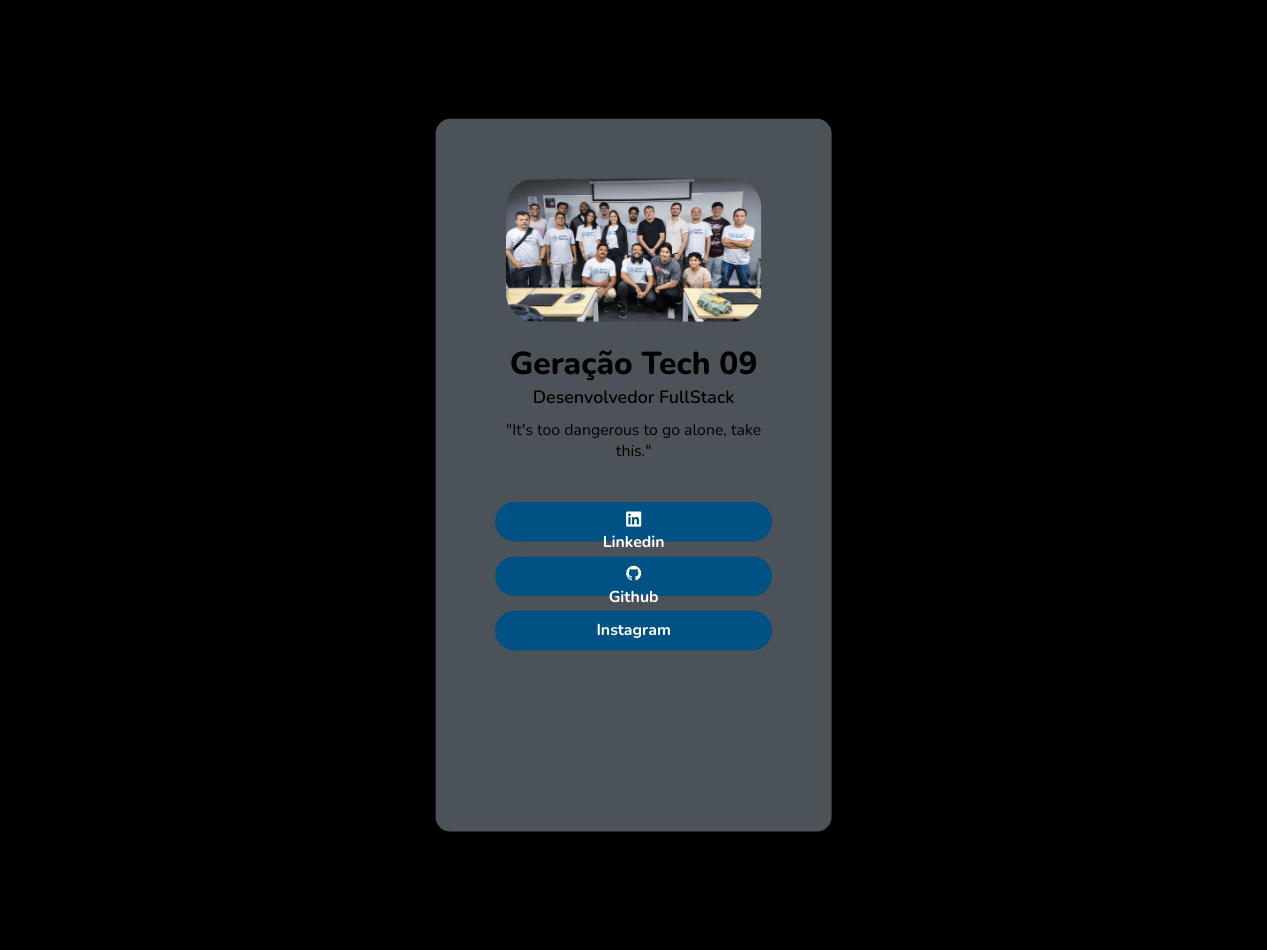
Repository: geracao-09/linktree-gt9
Page: index.html
These files come from the project's save history. The page is drawn as it stood at one moment and after the next save; the edit follows.
The browser window is 1280 px wide. The pictures show the whole page, at 99% of full size.

Above is the page before, as saved 2025-04-11 10:39:46.

After the next save:
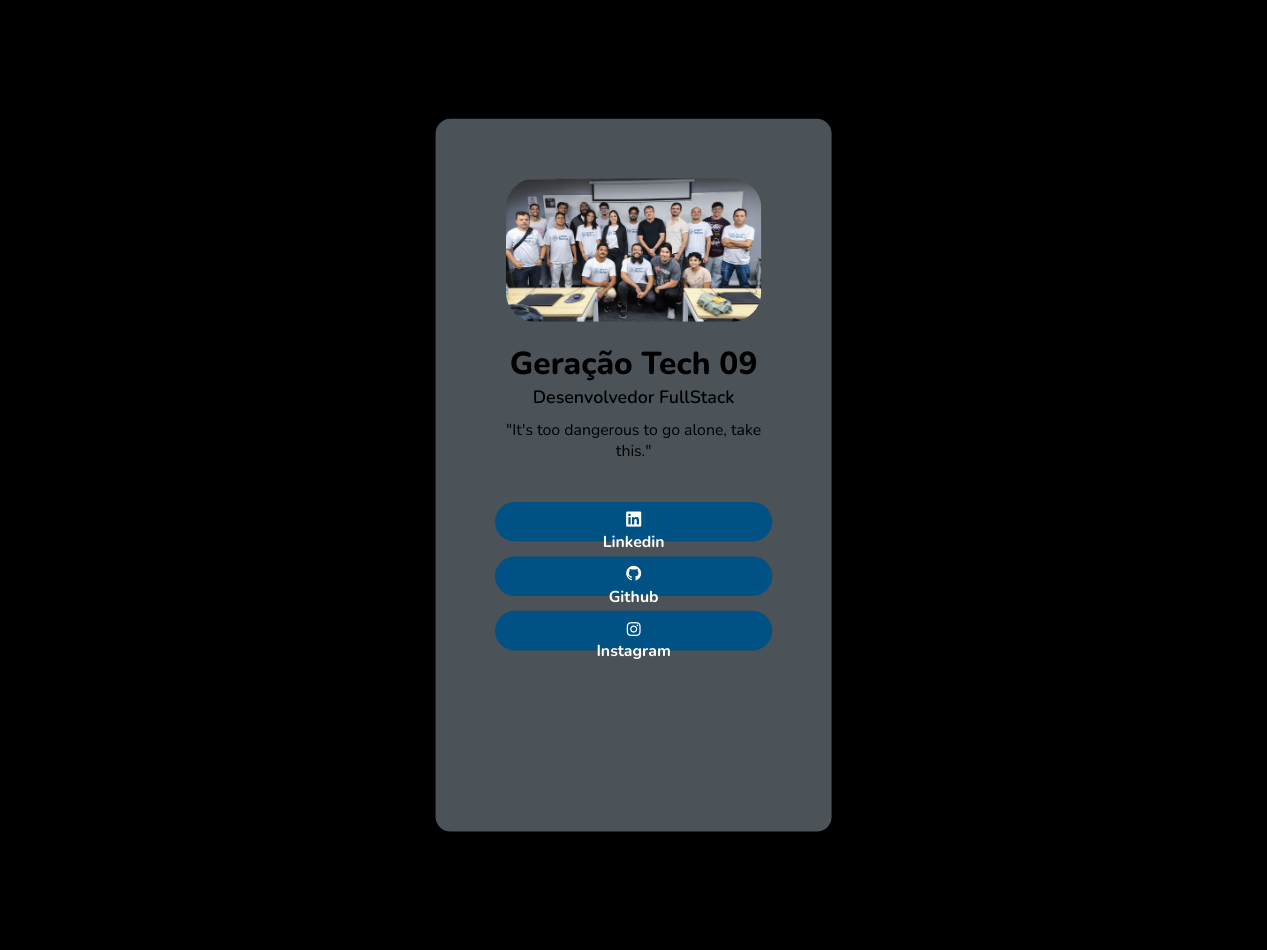
Saved 7 s later.
--- a/index.html
+++ b/index.html
@@ -39,6 +39,7 @@
           </a>
           <a href="https://www.instagram.com/hidekina/" target="_blank">
             <li>
+              <i class="fa-brands fa-instagram"></i>
               <p></p>Instagram
             </li>
           </a>
